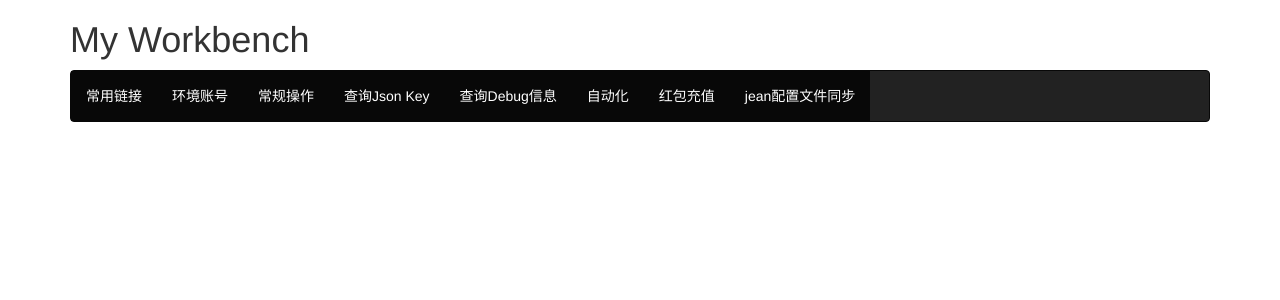
Repository: wangyanqing666/study
Page: Bootstrap学习/index.html
The author's editor kept a copy of each file at every save. The page is drawn from the files as they stood at one save, then again after the next save.
The browser window is 1280 px wide. The pictures show the whole page.
Some web libraries are served in a nearby version.

Above is the page before, as saved 2020-12-03 15:31:10.

After the next save:
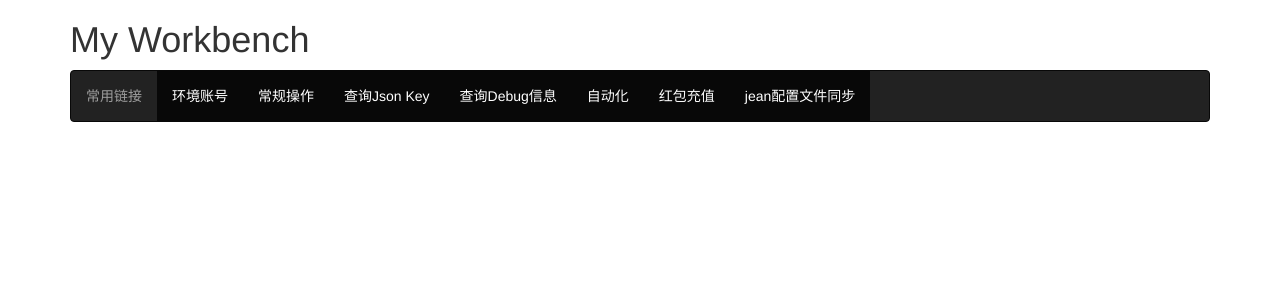
Saved 36 s later.
--- a/Bootstrap学习/index.html
+++ b/Bootstrap学习/index.html
@@ -14,7 +14,7 @@
         <div class="navbar  navbar-inverse " >
             <!-- <div class='nav-collapse'> -->
                 <ul class="nav navbar-nav">
-                    <li class="active"> <a href="../links" id="links" name="links.html" target="fcontent">常用链接</a></li>
+                    <li > <a href="../links" id="links" name="links.html" target="fcontent">常用链接</a></li>
                     <li class="active"> <a href="../getpapertext/envAccount" id="account" name="envAccount"
                             target="fcontent">环境账号</a></li>
                     <li class="active"><a href="../syncUser" id="sync" name="sync" target="fcontent">常规操作</a></li>
